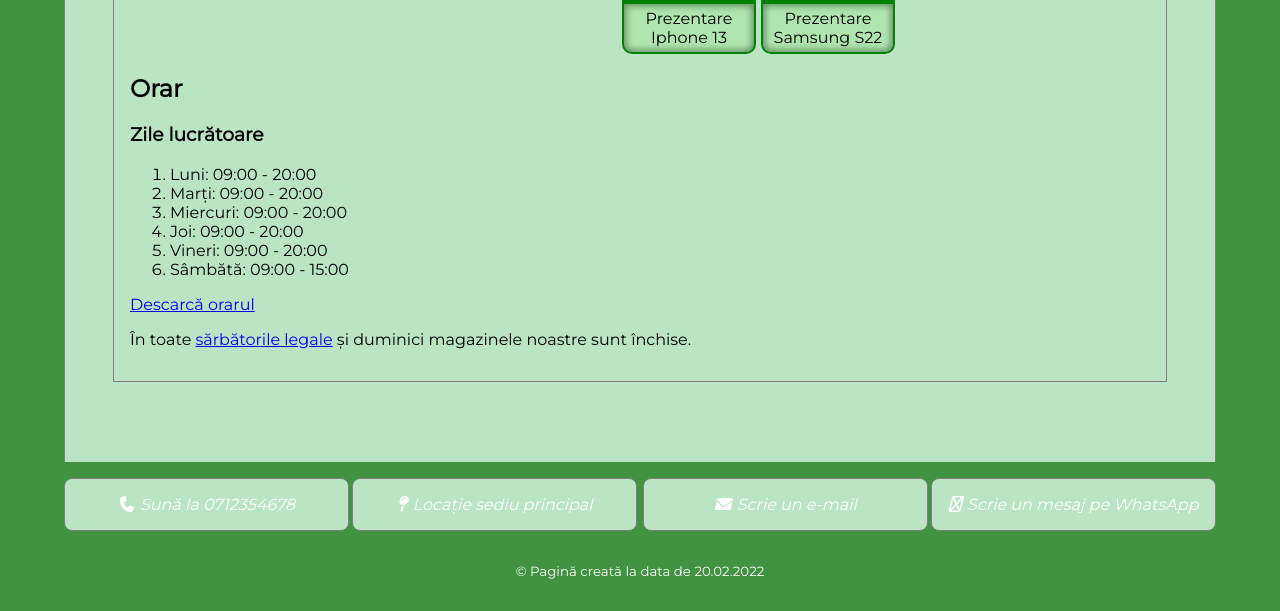
Repository: alexbanilean/Proiect-TW---ElectroHub
Page: index.html
An editor plug-in stored every save of this project. The page is shown before and after the next save, followed by the edit.
The browser window is 1280 px wide. The pictures show the part of the page from y = 3948 to 4578 px (the page is 4559 px tall before and 4578 px after).

Above is the page before, as saved 2022-03-06 20:29:47.

### index.html
<!DOCTYPE html>
<html lang="ro">
    <head>

        <meta charset="utf-8">
        <meta name="description" content="Universul electronicelor și electrocasnicelor la cele mai bune prețuri.">
        <meta name="keywords" content="electronice, electrocasnice, telefoane, tablete, jocuri, televizoare, smartphone">
        <meta name="author" content="Alexandru Bănilean">

        <title>ElectroHub</title>

        <link rel="apple-touch-icon" sizes="180x180" href="./resurse/ico/apple-touch-icon.png">
        <link rel="icon" type="image/png" sizes="32x32" href="./resurse/ico/favicon-32x32.png">
        <link rel="icon" type="image/png" sizes="16x16" href="./resurse/ico/favicon-16x16.png">
        <link rel="manifest" href="./resurse/ico/site.webmanifest">
        <link rel="mask-icon" href="./resurse/ico/safari-pinned-tab.svg" color="#5bbad5">
        <link rel="shortcut icon" href="./resurse/ico/favicon.ico">
        <meta name="msapplication-TileColor" content="#da532c">
        <meta name="msapplication-config" content="./resurse/ico/browserconfig.xml">
        <meta name="theme-color" content="#ffffff">

        <link rel="stylesheet" href="./resurse/css/general.css" type="text/css"/>
        <link rel="stylesheet" href="./resurse/css/general-1200.css" type="text/css" media="screen and (max-width:1200px)"/>
        <link rel="stylesheet" href="./resurse/css/general-500.css" type="text/css" media="screen and (max-width:500px)"/>
        <link rel="stylesheet" href="./resurse/css/nav.css" type="text/css"/>
        <link rel="stylesheet" href="./resurse/css/nav-500.css" type="text/css" media="screen and (max-width:500px)"/>

        <link rel="stylesheet" href="https://use.fontawesome.com/releases/v6.0.0/css/all.css"/>
        <link rel="stylesheet" href="https://fonts.googleapis.com/css?family=Montserrat"/>

    </head>
    <body>
        <header>
            <h1>ElectroHub</h1>
        </header>

        <nav>

            <label id="hamburger" for="ch-menu">
                <img src="./resurse/imagini/hamburger_icon_alb.png" alt="menu">
            </label>
            <input id="ch-menu" type="checkbox">

            <ul class="meniu">
                <li><div class="home-button"><span class="text-home-button">Acasă</span></div>
                    <ul>
                        <li><a href="#welcome">Bine ați venit!</a></li>
                        <li><a href="#orar">Orar</a></li>
                    </ul>
                </li>
                <li><div>Despre</div>
                    <ul>
                        <li><a href="despre.html#prezentare">Prezentare</a></li>
                        <li><a href="despre.html#istoric">Istoric</a></li>
                        <li><a href="despre.html#galerie">Galerie</a></li>
                    </ul>
                </li>
                <li><div>Produse</div>
                    <ul>
                        <li><a href="#">Toate</a></li>
                        <li><a href="#">Telefoane & Tablete</a></li>
                        <li><a href="#">Laptop & Desktop</a></li>
                        <li><a href="#">TV</a></li>
                        <li><a href="#">Audio-Video & Foto</a></li>
                        <li><a href="#">Periferice</a></li>
                        <li><a href="#">Gaming, Jocuri</a></li>
                        <li><a href="#">Electrocasnice mari</a></li>
                        <li><a href="#">Electrocasnice mici</a></li>
                        <li><a href="#">Îngrijire personală</a></li>
                    </ul>
                </li>
                <li><a href="suport_clienti.html">Suport clienți</a></li>
                <li><a href="contact.html">Contact</a></li>
            </ul>
        </nav>

        <main>
            <div id="grid-pagina">
                <section id="welcome">
                    <h2>Bine ați venit!</h2>
                    <p>ElectroHub România reprezintă cel mai mare furnizor de tehnologie la nivel național,
                        oferind clienților toate produsele <b>electronice</b> și <b>electrocasnice</b> necesare, împreună cu servicii de calitate,
                        dar și tehnică de ultimă generație, de la cele mai noi <b>televizoare</b> numai bune pentru a te relaxa, până la <b>telefoane</b> mobile,
                        <b>tablete</b> și <b>jocuri</b> pentru a-i face fericiți pe cei mici și nu numai.</p>
                    <p>Scopurile urmărite de compania noastră sunt:</p>
                    <ol>
                        <li>Asigurarea serviciilor de calitate clienților noștri</li>
                        <li>Eficiență și rapiditate</li>
                        <li>Oferirea unei game variate de produse</li>
                        <li><q lang="ro" cite="https://www.postmodern.ro/articol/citate-despre-succes/">Când totul pare că e împotriva ta, amintește-ți că avioanele decolează întotdeauna împotriva vântului.</q></li>
                    </ol>

                    <figure>
                        <img sizes="(min-width:1200px) 1280px, (min-width:600px) 640px, 200px"
                            srcset="./resurse/imagini/online_shopping_large.jpg 1280w,
                                    ./resurse/imagini/online_shopping_medium.jpg 640w,
                                    ./resurse/imagini/online_shopping_small.jpg 200w"
                            src="./resurse/imagini/online_shopping_medium.jpg"
                            alt="online_shopping"
                            class="imagine_client"/>
                        <figcaption>Servicii de <em>calitate</em> și clienți mulțumiți</figcaption>
                    </figure>

                </section>

                <section id="tabel">
                    <p>Lorem ipsum dolor sit amet, consectetur adipiscing elit. Nullam aliquam odio vitae purus sagittis congue. Nullam eu facilisis felis. Suspendisse dapibus, leo id hendrerit convallis, dolor eros condimentum augue, eu luctus felis dolor sed odio. Phasellus congue tincidunt lectus, quis laoreet nibh. Nam ac nulla aliquet, dapibus eros non, dictum nulla. Donec mollis, nunc vel fringilla condimentum, enim orci varius ante, sed rutrum lectus risus et quam. Sed suscipit ac eros nec placerat. Aliquam quis urna id orci eleifend eleifend ut in sem. Fusce facilisis tristique tellus at fermentum.
                       Sed scelerisque malesuada felis eget luctus. In consectetur et lectus vel maximus. Morbi accumsan magna sed orci lobortis imperdiet. Nam sit amet risus vel lectus maximus accumsan vitae at metus. Ut convallis nisi vel tortor placerat varius. Sed pulvinar felis quis magna bibendum convallis. Praesent at arcu eget turpis viverra varius ut vel elit. Nulla cursus faucibus magna, vitae laoreet magna feugiat sit amet. Pellentesque dictum mauris lacinia, elementum tellus vitae, interdum velit. Nullam a commodo nibh. Aenean ultricies venenatis mauris. Pellentesque vel scelerisque felis. Cras gravida, sem nec laoreet bibendum, leo sapien dignissim massa, et ullamcorper sapien purus cursus ex. Phasellus consequat fringilla enim, non aliquam velit egestas lobortis.</p>
                </section>

                <section id="calendar">
                    <p>Lorem ipsum dolor sit amet, consectetur adipiscing elit. Nullam aliquam odio vitae purus sagittis congue. Nullam eu facilisis felis. Suspendisse dapibus, leo id hendrerit convallis, dolor eros condimentum augue, eu luctus felis dolor sed odio. Phasellus congue tincidunt lectus, quis laoreet nibh. Nam ac nulla aliquet, dapibus eros non, dictum nulla. Donec mollis, nunc vel fringilla condimentum, enim orci varius ante, sed rutrum lectus risus et quam. Sed suscipit ac eros nec placerat. Aliquam quis urna id orci eleifend eleifend ut in sem. Fusce facilisis tristique tellus at fermentum.
                        Sed scelerisque malesuada felis eget luctus. In consectetur et lectus vel maximus. Morbi accumsan magna sed orci lobortis imperdiet. Nam sit amet risus vel lectus maximus accumsan vitae at metus. Ut convallis nisi vel tortor placerat varius. Sed pulvinar felis quis magna bibendum convallis. Praesent at arcu eget turpis viverra varius ut vel elit. Nulla cursus faucibus magna, vitae laoreet magna feugiat sit amet. Pellentesque dictum mauris lacinia, elementum tellus vitae, interdum velit. Nullam a commodo nibh. Aenean ultricies venenatis mauris. Pellentesque vel scelerisque felis. Cras gravida, sem nec laoreet bibendum, leo sapien dignissim massa, et ullamcorper sapien purus cursus ex. Phasellus consequat fringilla enim, non aliquam velit egestas lobortis.</p>
                </section>

                <section id="anunturi">
                    <p>Lorem ipsum dolor sit amet, consectetur adipiscing elit. Nullam aliquam odio vitae purus sagittis congue. Nullam eu facilisis felis. Suspendisse dapibus, leo id hendrerit convallis, dolor eros condimentum augue, eu luctus felis dolor sed odio. Phasellus congue tincidunt lectus, quis laoreet nibh. Nam ac nulla aliquet, dapibus eros non, dictum nulla. Donec mollis, nunc vel fringilla condimentum, enim orci varius ante, sed rutrum lectus risus et quam. Sed suscipit ac eros nec placerat. Aliquam quis urna id orci eleifend eleifend ut in sem. Fusce facilisis tristique tellus at fermentum.
                        Sed scelerisque malesuada felis eget luctus. In consectetur et lectus vel maximus. Morbi accumsan magna sed orci lobortis imperdiet. Nam sit amet risus vel lectus maximus accumsan vitae at metus. Ut convallis nisi vel tortor placerat varius. Sed pulvinar felis quis magna bibendum convallis. Praesent at arcu eget turpis viverra varius ut vel elit. Nulla cursus faucibus magna, vitae laoreet magna feugiat sit amet. Pellentesque dictum mauris lacinia, elementum tellus vitae, interdum velit. Nullam a commodo nibh. Aenean ultricies venenatis mauris. Pellentesque vel scelerisque felis. Cras gravida, sem nec laoreet bibendum, leo sapien dignissim massa, et ullamcorper sapien purus cursus ex. Phasellus consequat fringilla enim, non aliquam velit egestas lobortis.</p>
                </section>

                <section id="users-list">
                    <p>Lorem ipsum dolor sit amet, consectetur adipiscing elit. Nullam aliquam odio vitae purus sagittis congue. Nullam eu facilisis felis. Suspendisse dapibus, leo id hendrerit convallis, dolor eros condimentum augue, eu luctus felis dolor sed odio. Phasellus congue tincidunt lectus, quis laoreet nibh. Nam ac nulla aliquet, dapibus eros non, dictum nulla. Donec mollis, nunc vel fringilla condimentum, enim orci varius ante, sed rutrum lectus risus et quam. Sed suscipit ac eros nec placerat. Aliquam quis urna id orci eleifend eleifend ut in sem. Fusce facilisis tristique tellus at fermentum.
                        Sed scelerisque malesuada felis eget luctus. In consectetur et lectus vel maximus. Morbi accumsan magna sed orci lobortis imperdiet. Nam sit amet risus vel lectus maximus accumsan vitae at metus. Ut convallis nisi vel tortor placerat varius. Sed pulvinar felis quis magna bibendum convallis. Praesent at arcu eget turpis viverra varius ut vel elit. Nulla cursus faucibus magna, vitae laoreet magna feugiat sit amet. Pellentesque dictum mauris lacinia, elementum tellus vitae, interdum velit. Nullam a commodo nibh. Aenean ultricies venenatis mauris. Pellentesque vel scelerisque felis. Cras gravida, sem nec laoreet bibendum, leo sapien dignissim massa, et ullamcorper sapien purus cursus ex. Phasellus consequat fringilla enim, non aliquam velit egestas lobortis.</p>
                </section>

                <section id="statistici">
                    <p>Lorem ipsum dolor sit amet, consectetur adipiscing elit. Nullam aliquam odio vitae purus sagittis congue. Nullam eu facilisis felis. Suspendisse dapibus, leo id hendrerit convallis, dolor eros condimentum augue, eu luctus felis dolor sed odio. Phasellus congue tincidunt lectus, quis laoreet nibh. Nam ac nulla aliquet, dapibus eros non, dictum nulla. Donec mollis, nunc vel fringilla condimentum, enim orci varius ante, sed rutrum lectus risus et quam. Sed suscipit ac eros nec placerat. Aliquam quis urna id orci eleifend eleifend ut in sem. Fusce facilisis tristique tellus at fermentum.
                        Sed scelerisque malesuada felis eget luctus. In consectetur et lectus vel maximus. Morbi accumsan magna sed orci lobortis imperdiet. Nam sit amet risus vel lectus maximus accumsan vitae at metus. Ut convallis nisi vel tortor placerat varius. Sed pulvinar felis quis magna bibendum convallis. Praesent at arcu eget turpis viverra varius ut vel elit. Nulla cursus faucibus magna, vitae laoreet magna feugiat sit amet. Pellentesque dictum mauris lacinia, elementum tellus vitae, interdum velit. Nullam a commodo nibh. Aenean ultricies venenatis mauris. Pellentesque vel scelerisque felis. Cras gravida, sem nec laoreet bibendum, leo sapien dignissim massa, et ullamcorper sapien purus cursus ex. Phasellus consequat fringilla enim, non aliquam velit egestas lobortis.</p>
                </section>

                <section id="date-site">
                    <p>Lorem ipsum dolor sit amet, consectetur adipiscing elit. Nullam aliquam odio vitae purus sagittis congue. Nullam eu facilisis felis. Suspendisse dapibus, leo id hendrerit convallis, dolor eros condimentum augue, eu luctus felis dolor sed odio. Phasellus congue tincidunt lectus, quis laoreet nibh. Nam ac nulla aliquet, dapibus eros non, dictum nulla. Donec mollis, nunc vel fringilla condimentum, enim orci varius ante, sed rutrum lectus risus et quam. Sed suscipit ac eros nec placerat. Aliquam quis urna id orci eleifend eleifend ut in sem. Fusce facilisis tristique tellus at fermentum.
                        Sed scelerisque malesuada felis eget luctus. In consectetur et lectus vel maximus. Morbi accumsan magna sed orci lobortis imperdiet. Nam sit amet risus vel lectus maximus accumsan vitae at metus. Ut convallis nisi vel tortor placerat varius. Sed pulvinar felis quis magna bibendum convallis. Praesent at arcu eget turpis viverra varius ut vel elit. Nulla cursus faucibus magna, vitae laoreet magna feugiat sit amet. Pellentesque dictum mauris lacinia, elementum tellus vitae, interdum velit. Nullam a commodo nibh. Aenean ultricies venenatis mauris. Pellentesque vel scelerisque felis. Cras gravida, sem nec laoreet bibendum, leo sapien dignissim massa, et ullamcorper sapien purus cursus ex. Phasellus consequat fringilla enim, non aliquam velit egestas lobortis.</p>
                </section>

                <section id="random">

                    <details>
                        <summary>Categorii de produse</summary>
                        <ol>
                            <li>Telefoane & Tablete</li>
                            <li>Laptop & Desktop</li>
                            <li>TV, Audio-Video & Foto</li>
                            <li>Periferice</li>
                            <li>Gaming, Jocuri</li>
                            <li>Electrocasnice mari</li>
                            <li>Electrocasnice mici</li>
                            <li>Îngrijire personală</li>
                        </ol>
                    </details>

                    <details>
                        <summary>Întrebări frecvente</summary>
                        <ol>
                            <li>Cum cumpăr?</li>
                            <li>Cum pot returna un produs?</li>
                            <li>Cum aflu dacă produsul meu este sau nu în garanție?</li>
                        </ol>
                    </details>

                    <section id="prezentari">
                        <h2>Prezentari</h2>
                        <p>Aici puteti vedea cele mai noi telefoane ale momentului prezentate profesionist.</p>

                        <div class="video-prezentari">
                            <div id="container-iframe">
                                <iframe name="ifr-video" width="560" height="315" src="https://www.youtube.com/embed/Awu6ZyfDeeQ"
                                allow="accelerometer; autoplay; clipboard-write; encrypted-media; gyroscope; picture-in-picture" allowfullscreen></iframe>
                            </div>

                             <div class="taburi-iframe">
                                <a href="https://www.youtube.com/embed/Awu6ZyfDeeQ" target="ifr-video">Prezentare Iphone 13</a>
                                <a href="https://www.youtube.com/embed/XTiu4o0PCxY" target="ifr-video">Prezentare Samsung S22</a>
                            </div>
                        </div>



                    </section>

                    <section id="orar">
                        <h2>Orar</h2>
                        <section>
                            <h3>Zile lucrătoare</h3>
                            <ol>
                                <li>Luni: 09:00 - 20:00</li>
                                <li>Marți: 09:00 - 20:00</li>
                                <li>Miercuri: 09:00 - 20:00</li>
                                <li>Joi: 09:00 - 20:00</li>
                                <li>Vineri: 09:00 - 20:00</li>
                                <li>Sâmbătă: 09:00 - 15:00</li>
                            </ol>

                            <a href="./resurse/imagini/orar.jpg" download="orar_ElectroHub_2022">Descarcă orarul</a>

                            <p>În toate <a href="https://www.zileliberelegale.ro/zile-libere-2022">sărbătorile legale</a> și duminici magazinele noastre sunt închise.</p>
                        </section>
                    </section>
                </section>
            </div>
        </main>

        <footer>
            <address>
                <a href="tel:+40712354678" class="apel">Sună la 0712354678</a>
                <a href="https://www.google.com/maps/place/Faculty+of+Mathematics+and+Informatics+-+University+of+Bucharest/@44.4355355,26.0995867,15z/data=!4m5!3m4!1s0x0:0x493984726f0235f9!8m2!3d44.4355355!4d26.0995867" class="locatie">Locație sediu principal</a><br/>
                <a href="mailto::clienti.electrohub@gmail.com" class="mail">Scrie un e-mail</a>
                <a href="https://api.whatsapp.com/send?phone=40712354678" class="mesaj">Scrie un mesaj pe WhatsApp</a>
            </address>

            <a href="#" id="link-top"><div class="tooltip"><span class="tooltiptext">Înapoi în partea de sus a paginii</span></div></a>

            <p class="copyright-info"><small>&copy; Pagină creată la data de <time datetime="2022-02-20">20.02.2022</time></small></p>
        </footer>
    </body>
</html>

### resurse/css/general.css
html{
    font-size: 16px;
    font-family: 'Montserrat';
}

body{


    --c1-text: black;
}

body{
    --body-padding: 4rem;
    --pading-intern: 3rem;

    margin-top: 0;
    margin-bottom: 0;
    margin-left: 0;
    margin-right: 0;

    padding-top: 0;
    padding-bottom: 0;
    padding-left: var(--body-padding);
    padding-right: var(--body-padding);

    background-color: rgb(65, 146, 65);
    background-attachment: fixed;

    min-width: 330px;
}

h1{
    font-size: 3rem;
    font-family: 'Montserrat';
    color: white;
}

main{
    --main-border: 1px solid grey;

    background-color: rgb(186, 228, 195);
    border-left: var(--main-border);
    border-right: var(--main-border);
    padding-bottom: 2rem;

    overflow: hidden;
}

#grid-pagina{
    display: grid;

    grid-template-areas:
                        "zona-1 zona-1 zona-1 zona-1"
                        "zona-5 zona-6 zona-6 zona-7"
                        "zona-3 zona-3 zona-2 zona-2"
                        "zona-4 zona-4 zona-2 zona-2"
                        "zona-8 zona-8 zona-8 zona-8";
    grid-template-columns: 1fr 1fr 1fr 1fr;
    padding: var(--pading-intern);
    grid-gap: 1rem;
}

#grid-pagina>section{
    border: 1px solid grey;
    padding: 1rem;
}

#welcome{
    grid-area: zona-1;
}

#welcome .imagine_client{
    width: 100%;
    margin-left: auto;
    margin-right: auto;
}

#welcome figcaption{
    width: 100%;
    text-align: center;
}

#tabel{
    grid-area: zona-2;
}

#calendar{
    grid-area: zona-3;
}

#anunturi{
    grid-area: zona-4;
}

#users-list{
    grid-area: zona-5;
}

#statistici{
    grid-area: zona-6;
}

#date-site{
    grid-area: zona-7;
}

#random{
    grid-area: zona-8;
}

footer{
    background-color: rgb(65, 146, 65);
    color: white;
}

footer>address{
    display: flex;
    flex-direction: row;
    margin-top: 1rem;
    gap: 0.2rem;
}

footer>address a{
    display: flex;

    text-decoration: none;
    background-color: rgb(186, 228, 195);
    color: white;

    justify-content: center;
    align-items: center;

    border: 1px solid grey;
    border-radius: 0.5rem;

    width: 25%;
    margin: 0;
    padding: 1rem;
}

footer>.copyright-info{
    display: flex;
    flex-direction: row;
    justify-content: center;
    align-items: center;
    margin: 0;
    padding: 2rem;
}

/* Icons */

footer>address .apel::before{
    display: inline-block;
    font-family: "Font Awesome 6 Free";
    font-weight: 900;
    padding-right: 0.4rem;
    content:'\f095';
}

footer>address .locatie::before{
    display: inline-block;
    font-family: "Font Awesome 6 Free";
    font-weight: 900;
    padding-right: 0.4rem;
    content:'\f276';
}

footer>address .mail::before{
    display: inline-block;
    font-family: "Font Awesome 6 Free";
    font-weight: 900;
    padding-right: 0.4rem;
    content:'\f0e0';
}

footer>address .mesaj::before{
    display: inline-block;
    font-family: "Font Awesome 5 Free";
    font-weight: 400;
    padding-right: 0.4rem;
    content:'\f232';
}

/* Iframe + taburi */

.video-prezentari{
    position: relative;
    display: flex;
    flex-direction: column;
    align-items: flex-end;
    align-content: center;
    min-width: 300px;
    width: 75%;
}

#container-iframe{
    display: flex;
    position: relative;
    padding-bottom: 56.25%;
    height: 0;
    width: 100%;
}

#container-iframe iframe{
    box-sizing: border-box;
    position: absolute;
    border: 4px solid green;
    padding: 0;
    top: 0;
    left: 0;
    width: 100%;
    height: 100%;
}

.taburi-iframe{
    display: flex;
    flex-direction: row;
    justify-content: right;
    align-items: center;
    width: 100%;

}

.taburi-iframe a{
    text-decoration: none;
    width: 120px;

    display: inline-block;
    border: 2px solid green;
    border-top: 4px solid green;

    border-bottom-left-radius: 10px;
    border-bottom-right-radius: 10px;
    background-color: rgb(175, 230, 175);
    color: black;

    transition: all 300ms linear;
    text-align: center;
    vertical-align: top;
    padding: 5px;

    box-shadow: 0px 0px 7px 2px inset rgb(98, 138, 98);
}

.taburi-iframe a+a{
    margin-left: 5px;

}

.taburi-iframe a:hover{
    background-color: white;
    box-shadow: none;
}

/* Link-top */

#link-top::before{
    content:'\01F839';
    font-size: 2rem;
    display: flex;
    flex-direction: column;
    justify-content: center;
    color: green;
    margin: 0;
    padding: 0;
    width: 100%;
    height: 100%;
    position: absolute;

    transform: scale(1);
    transition: 400ms linear;
    transform-origin: center center;
}

#link-top:hover::before{
    transform: scale(1.5);
    transition: 400ms linear;
    transform-origin: center center;
}

#link-top{
    position: fixed;
    display: flex;
    opacity: 0.5;

    bottom: 1rem;
    right: 1rem;
    width: 2.5rem;
    height: 2.3rem;
    background-color: white;
    border-top-left-radius: 50%;
    border-top-right-radius: 50%;
    border: 1px solid grey;
    box-shadow: 0px 0px 8px inset rgb(116, 115, 115);
    overflow: hidden;

    text-decoration: none;
    text-align: center;
}

#link-top:hover{
    opacity: 1;
    box-shadow: 0px 0px 15px inset rgb(116, 115, 115);
    transition: 400ms linear;
}


#link-top>.tooltip{
    bottom: 1rem;
    right: 1rem;
    width: 2.5rem;
    height: 2.3rem;
    position: fixed;
}

.tooltip>.tooltiptext{
    visibility: hidden;
    display: inline-block;
    width: 250px;
    background-color: white;
    color: black;
    text-align: center;
    border-radius: 10px;
    padding: 5px;

    position: absolute;
    z-index: 1;
    bottom: 0;
    right: 110%;
}

#link-top:hover>.tooltip>.tooltiptext{
    visibility: visible;
}

### resurse/css/general-1200.css
html{
    font-size: 14px;
}

body{
    --body-padding: 1.5rem;
    margin: 0;
}

#link-top{
    right: 1.7rem;
}

#link-top>.tooltip{
    right: 1.8rem;
}

nav>ul.meniu>li>div.home-button>.text-home-button{
    display: none;
}

nav>ul.meniu>li>div.home-button::before{
    padding-right: 0;
}

### resurse/css/general-500.css
html{
    font-size: 10px;
}

body{
    --body-padding: 0;
}

h1{
    text-align: center;
}

#grid-pagina{
    display: block;
}

section{
    margin-top: 1rem;
}

.taburi-iframe a{
    text-decoration: none;
    width: 75px;
}

#link-top{
    right: 0.3rem;
}

#link-top>.tooltip{
    right: 0.4rem;
}

Loaded but not shown: resurse/css/nav.css (124 lines, source omitted); resurse/css/nav-500.css (71 lines, source omitted)

After the next save:
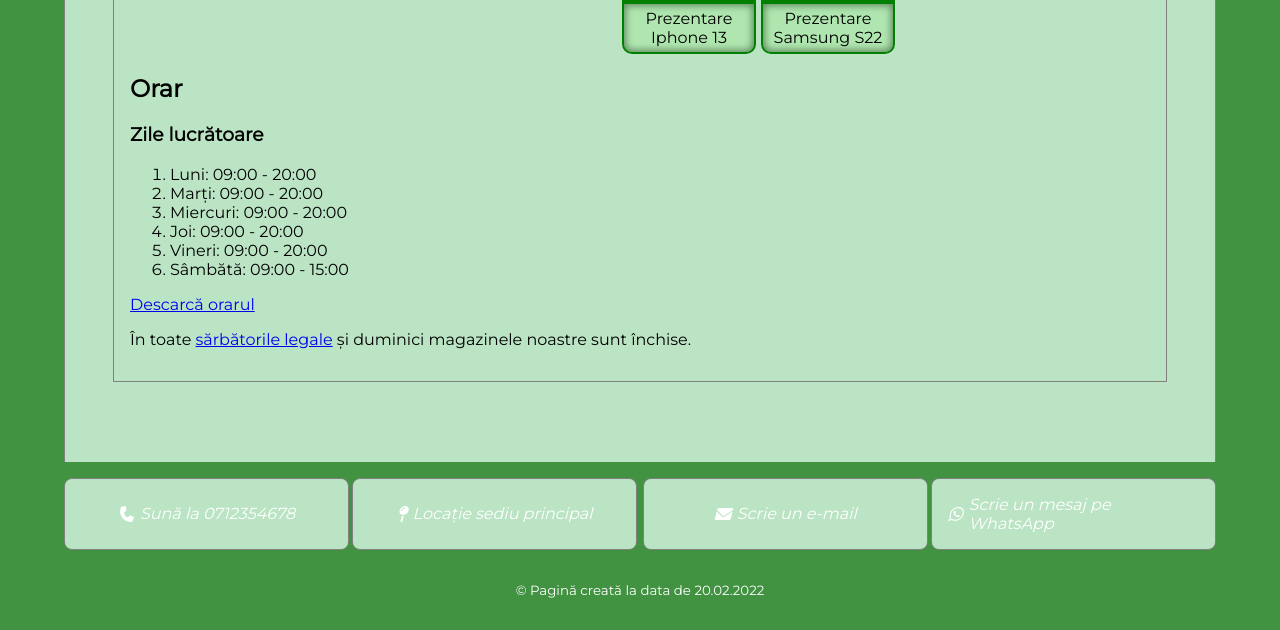
Saved 8 s later.
--- a/resurse/css/general.css
+++ b/resurse/css/general.css
@@ -175,7 +175,7 @@ footer>address .mail::before{
 
 footer>address .mesaj::before{
     display: inline-block;
-    font-family: "Font Awesome 5 Free";
+    font-family: "Font Awesome 5 Brands";
     font-weight: 400;
     padding-right: 0.4rem;
     content:'\f232';
